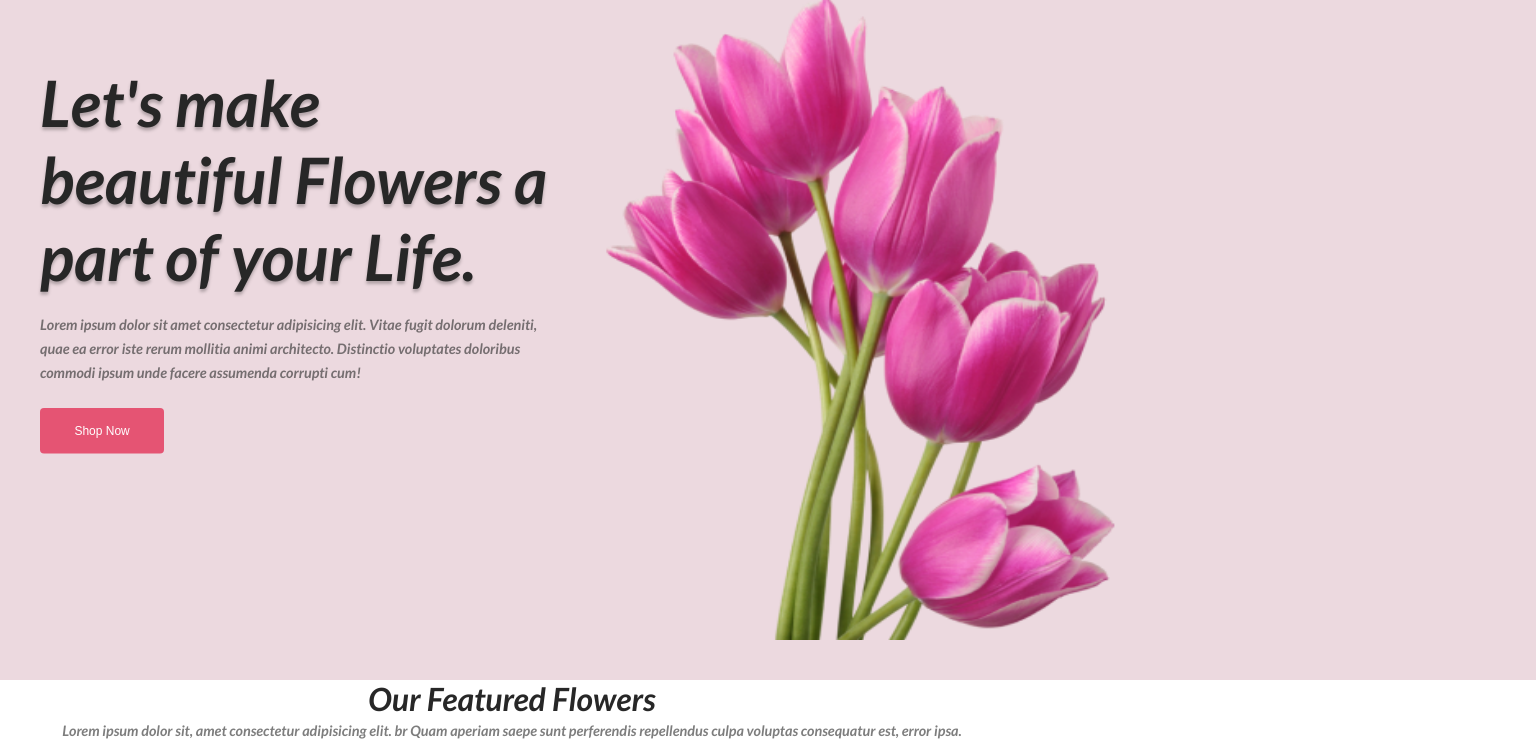
Repository: AnitaAkter/anita-flower-shop
Page: index.html
These files come from the project's save history. The page is drawn as it stood at one moment and after a run of saves; the edit follows.
The browser window is 1280 px wide. The page is 1920 px wide, so the pictures cover 1920 px, including what lies to the right of the window. The pictures show the whole page, at 80% of full size.

Above is the page before, as saved 2023-09-04 21:02:18.

### index.html
<!DOCTYPE html>
<html lang="en">

<head>
    <meta charset="UTF-8">
    <meta http-equiv="X-UA-Compatible" content="IE=edge">
    <meta name="viewport" content="width=device-width, initial-scale=1.0">
    <title>Anita's Flower Shop</title>
    <link rel="preconnect" href="https://fonts.googleapis.com">
    <link rel="preconnect" href="https://fonts.gstatic.com" crossorigin>
    <link href="https://fonts.googleapis.com/css2?family=Lato:ital,wght@1,700&display=swap" rel="stylesheet">
    <link rel="stylesheet" href="style.css">
</head>

<body>
    <div>
        <!-- /* Header -section start */ -->
        <header>
            <div class="header-intro">
                <h1>Let's make <br> beautiful Flowers a <br>part of your Life.</h1>
                <div class="header-p">
                    <p>Lorem ipsum dolor sit amet consectetur adipisicing elit. Vitae fugit dolorum deleniti, quae ea
                        error
                        iste rerum mollitia animi architecto. Distinctio voluptates doloribus commodi ipsum unde facere
                        assumenda corrupti cum!</p>
                </div>
                <button class="header-btn">Shop Now</button>
            </div>
            <div class="header-pic">
                <img src="images/pngwing 6.png" alt="">
            </div>
        </header>
        <!-- /* Header -section end */ -->
      <main>
           <div class="flowers-info">
               <h3>Our Featured Flowers</h3>
               <p>Lorem ipsum dolor sit, amet consectetur adipisicing elit. br
                Quam aperiam saepe sunt perferendis repellendus culpa voluptas consequatur est, error ipsa.
</p>            </div>
      </main>

    </div>
</body>

</html>

### style.css
/* Header -section start */

* {
    margin: 0;
    padding: 0;
    box-sizing: border-box;
}

body {
    font-family: 'Lato', sans-serif;
    font-weight: 900;
}

header {
    display: flex;
    background-color: hsl(342, 34%, 89%);
    width: 1920px;
    height: 850px;
}

.header-intro {
    margin-top: 80px;
    margin-left: 50px;
    width: 708px;
    height: 506px;


}

.header-intro h1 {
    color: #272727;
    text-shadow: 0px 4px 4px rgba(0, 0, 0, 0.25);
    font-family: Lato;
    font-size: 80px;
    font-style: normal;
    font-weight: 800;
    line-height: normal;
    width: 708px;
    height: 310px;


}

.header-p {
    color: rgba(39, 39, 39, 0.60);
    font-family: Lato;
    font-size: 18px;
    font-style: normal;
    font-weight: 400;
    line-height: 30px;
    width: 634px;
    height: 120px;
    gap: 32px;



    /* 166.667% */
}

.header-btn {
    background-color: #E55473;
    border-radius: 5px;
    border: none;
    color: white;
    font-size: 15px;
    display: inline-flex;
    padding: 20px 43px;
    align-items: flex-start;
    gap: 10px;

}

.header-pic {
    width: 635px;
    height: 800px;
    margin-bottom: 0%;
    margin-right: auto;

}


.header-pic img {
    width: 635px;
    height: 800px;
}

/* Header -section end */





.flowers-info h3 {
    color: #272727;
    text-align: center;
    font-family: Lato;
    font-size: 40px;
    font-style: normal;
    font-weight: 800;
    line-height: normal;
}

.flowers-info p {
    color: rgba(39, 39, 39, 0.60);
    text-align: center;
    font-family: Lato;
    font-size: 18px;
    font-style: normal;
    font-weight: 400;
    line-height: 30px;
    /* 166.667% */
}

After the next 5 saves:
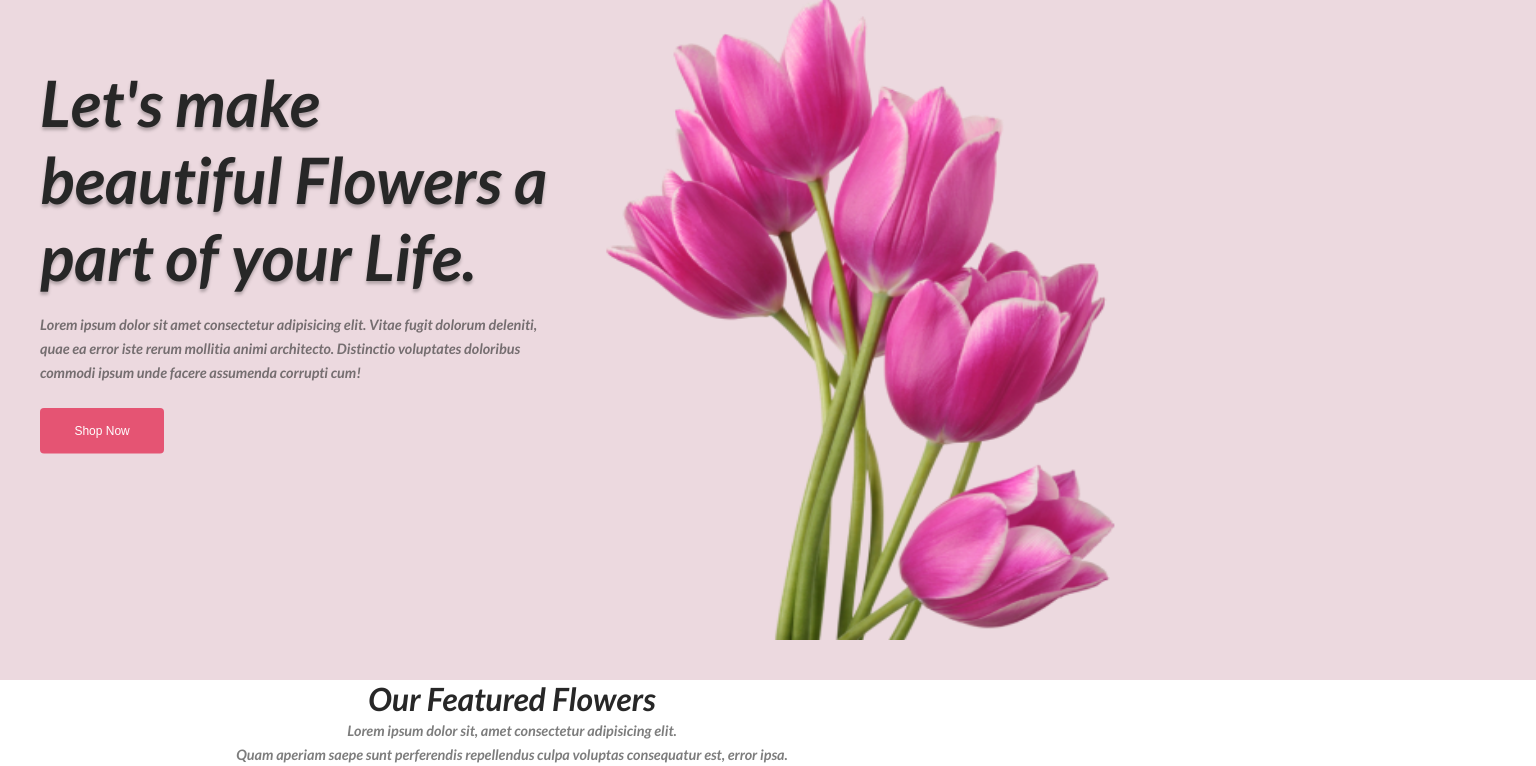
The 5 saves are shown as one change because they came seconds apart.
The last was saved 10 s later.
--- a/index.html
+++ b/index.html
@@ -31,13 +31,14 @@
             </div>
         </header>
         <!-- /* Header -section end */ -->
-      <main>
-           <div class="flowers-info">
-               <h3>Our Featured Flowers</h3>
-               <p>Lorem ipsum dolor sit, amet consectetur adipisicing elit. br
-                Quam aperiam saepe sunt perferendis repellendus culpa voluptas consequatur est, error ipsa.
-</p>            </div>
-      </main>
+        <main>
+            <div class="flowers-info">
+                <h3>Our Featured Flowers</h3>
+                <p>Lorem ipsum dolor sit, amet consectetur adipisicing elit. <br>
+                    Quam aperiam saepe sunt perferendis repellendus culpa voluptas consequatur est, error ipsa.
+                </p>
+            </div>
+        </main>
 
     </div>
 </body>
